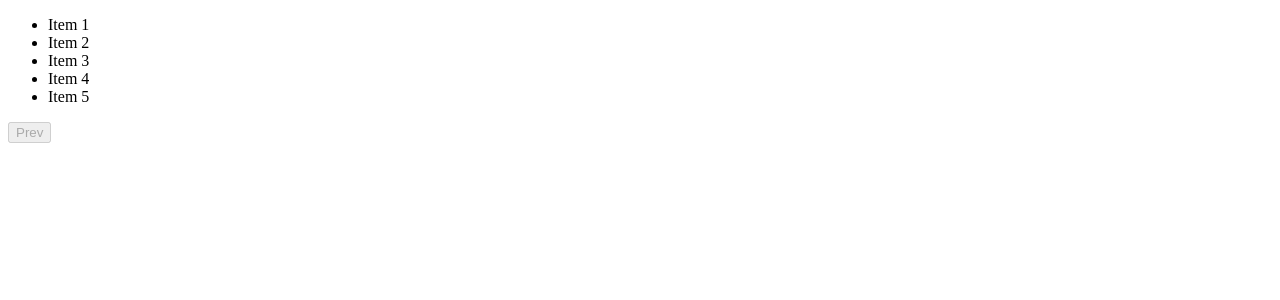
Repository: Vardhan1999/Daily-React-Apps
Page: /
These files come from the project's save history. The page is drawn as it stood at one moment and after the next save; the edit follows.
The browser window is 1280 px wide. The pictures show the whole page.
The project was rebuilt for these pictures with package versions that can differ from the ones it lists, and the page was loaded fresh each time. Also part of the build but not shown: vite.config.js, src/index.css.

Above is the page before, as saved 2025-12-14 14:45:49.

After the next save:
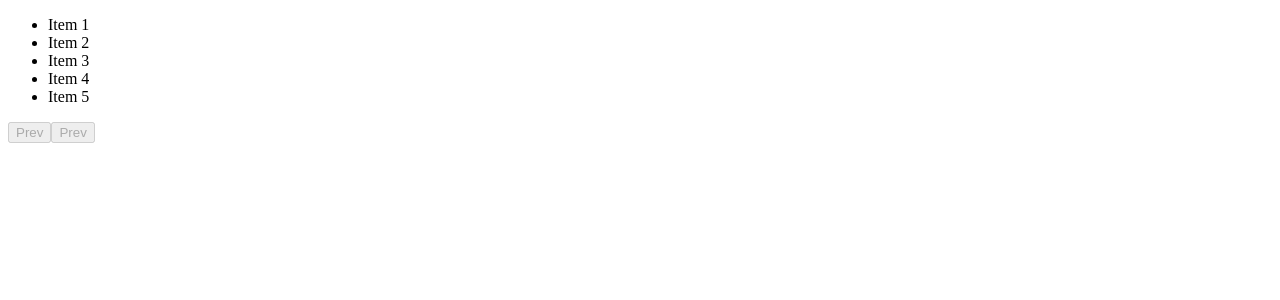
Saved 13 s later.
--- a/src/App.jsx
+++ b/src/App.jsx
@@ -20,6 +20,11 @@ export default function App() {
                 disabled={page === 1}
                 onClick={() => setPage(page - 1)}
             >Prev</button>
+
+            <button
+                disabled={page === 1}
+                onClick={() => setPage(page - 1)}
+            >Prev</button>
         </div>
     )
 }
